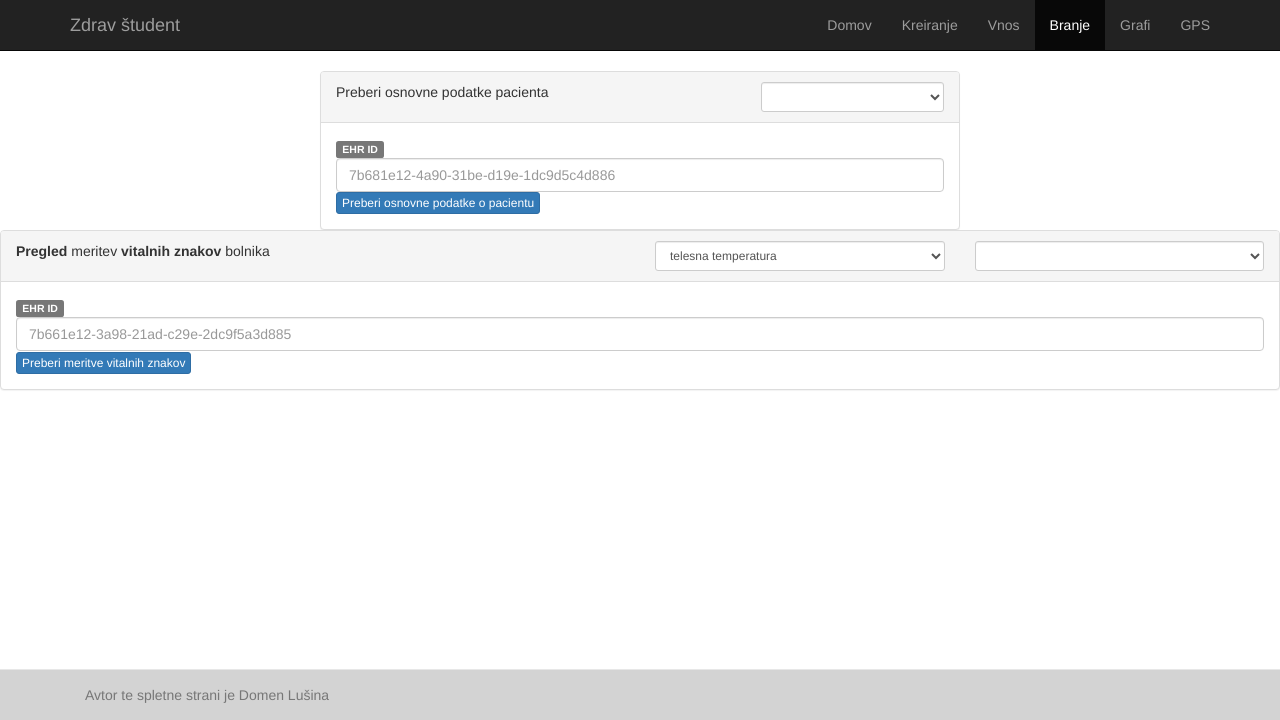
Repository: dl4184/ois-dn4
Page: branje.html
The author's editor kept a record of every edit. The page is drawn from the files as they stood at one moment, then again after the next edit.
The browser window is 1280 px wide. The pictures show the whole page.
Some web libraries are served in a nearby version.

Above is the page before.
Not found: css/styles.css

### branje.html
    <!DOCTYPE html>
    <html>
            <head>
                    <title>WebApp ois</title>
                    <meta charset="utf-8">
                    <meta name="viewport" content="width=device-width, initial-scale=1.0">
                    <script src = "http://ajax.googleapis.com/ajax/libs/jquery/2.1.0/jquery.min.js"></script>
                    <script src = "js/bootstrap.js"></script>
                    <link href = "css/bootstrap.min.css" rel = "stylesheet">
                    <link href = "css/styles.css" rel = "stylesheet">
                    <script src="demo.js"></script>
            </head>
            <body>

                    <div class = "navbar navbar-inverse navbar-static-top">
                            <div class = "container">

                                    <a href = "index.html" class = "navbar-brand">Zdrav študent</a>

                                    <button class = "navbar-toggle" data-toggle = "collapse" data-target = ".navHeaderCollapse">
                                            <span class = "icon-bar"></span>
                                            <span class = "icon-bar"></span>
                                            <span class = "icon-bar"></span>
                                    </button>

                                    <div class = "collapse navbar-collapse navHeaderCollapse">

                                            <ul class = "nav navbar-nav navbar-right">

                                                    <li><a href = "index.html">Domov</a></li>
                                                    <li><a href = "kreiranje.html">Kreiranje</a></li>
                                                    <li><a href = "vnos.html">Vnos</a></li>
                                                    <li class = "active"><a href = "branje.html">Branje</a></li>
													<li><a href = "grafi.html">Grafi</a></li>
													<li><a href = "gps.html">GPS</a></li>

                                            </ul>

                                    </div>

                            </div>
                    </div>

                    	<div class="panel panel-default" style="width: 50%;margin: 0 auto">
                            <div class="panel-heading">
                                <div class="row">
                                    <div class="col-lg-8 col-md-8 col-sm-8">Preberi osnovne podatke pacienta</div>
                                    <div class="col-lg-4 col-md-4 col-sm-4"><select class="form-control input-sm" id="preberiObstojeciEHR"><option value=""></select></div>
                                </div>
                            </div>
                            <div class="panel-body">
                            <span class="label label-default">EHR ID</span><input id="preberiEHRid" type="text" class="form-control input-mini" placeholder="7b681e12-4a90-31be-d19e-1dc9d5c4d886">
                            <button type="button" class="btn btn-primary btn-xs" onclick="preberiEHRBolnika()">Preberi osnovne podatke o pacientu</button><span id="preberiSporocilo"></span>
                            </div>
                        </div>

                        <div class="panel panel-default">
					        <div class="panel-heading">
						        <div class="row">
							        <div class="col-lg-6 col-md-6 col-sm-6"><b>Pregled</b> meritev <b>vitalnih znakov</b> bolnika</div>
							        <div class="col-lg-3 col-md-3 col-sm-3"><select class="form-control input-sm" id="preberiTipZaVitalneZnake"><option value="telesna temperatura">telesna temperatura</option><option value="telesna temperatura AQL">telesna temperatura (filter na podhladitev)</option><option value="telesna teža">telesna teža</option></select></div>
							        <div class="col-lg-3 col-md-3 col-sm-3"><select class="form-control input-sm" id="preberiEhrIdZaVitalneZnake"><option value=""></option><option value="b931580f-2b05-488b-985b-8d9ffb08ad02">Ata Smrk</option></select></div>
						        </div>
					        </div>
    					    <div class="panel-body">
    						    <span class="label label-default">EHR ID</span><input id="meritveVitalnihZnakovEHRid" type="text" class="form-control input-mini" placeholder="7b661e12-3a98-21ad-c29e-2dc9f5a3d885">
    						    <button type="button" class="btn btn-primary btn-xs" onclick="preberiMeritveVitalnihZnakov('telesna temperatura')">Preberi meritve vitalnih znakov</button><span id="preberiMeritveVitalnihZnakovSporocilo"></span>
    						    <div id="rezultatMeritveVitalnihZnakov"></div>
    				  	    </div>
				        </div>


					 <div class = "navbar navbar-default navbar-fixed-bottom" style="background-color:lightgray">

                        <div class = "container">
                                <p class = "navbar-text pull-left">Avtor te spletne strani je Domen Lušina</p>
                        </div>

					</div>



            </body>
    </html>

### demo.js

var baseUrl = 'https://rest.ehrscape.com/rest/v1';
var queryUrl = baseUrl + '/query';

var username = "ois.seminar";
var password = "ois4fri";

function getSessionId() {
    var response = $.ajax({
        type: "POST",
        url: baseUrl + "/session?username=" + encodeURIComponent(username) +
                "&password=" + encodeURIComponent(password),
        async: false
    });
    return response.responseJSON.sessionId;
}


function kreirajEHRzaBolnika() {
	sessionId = getSessionId();

	var ime = $("#kreirajIme").val();
	var priimek = $("#kreirajPriimek").val();
	var datumRojstva = $("#kreirajDatumRojstva").val();

	if (!ime || !priimek || !datumRojstva || ime.trim().length == 0 || priimek.trim().length == 0 || datumRojstva.trim().length == 0) {
		$("#kreirajSporocilo").html("<span class='obvestilo label label-warning fade-in'>Prosim vnesite zahtevane podatke!</span>");
	} else {
		$.ajaxSetup({
		    headers: {"Ehr-Session": sessionId}
		});
		$.ajax({
		    url: baseUrl + "/ehr",
		    type: 'POST',
		    success: function (data) {
		        var ehrId = data.ehrId;
		        var partyData = {
		            firstNames: ime,
		            lastNames: priimek,
		            dateOfBirth: datumRojstva,
		            partyAdditionalInfo: [{key: "ehrId", value: ehrId}]
		        };
		        $.ajax({
		            url: baseUrl + "/demographics/party",
		            type: 'POST',
		            contentType: 'application/json',
		            data: JSON.stringify(partyData),
		            success: function (party) {
		                if (party.action == 'CREATE') {
		                    $("#kreirajSporocilo").html("<span class='obvestilo label label-success fade-in'>Uspešno kreiran EHR '" + ehrId + "'.</span>");
		                    console.log("Uspešno kreiran EHR '" + ehrId + "'.");
		                    $("#preberiEHRid").val(ehrId);
		                }
		            },
		            error: function(err) {
		            	$("#kreirajSporocilo").html("<span class='obvestilo label label-danger fade-in'>Napaka '" + JSON.parse(err.responseText).userMessage + "'!");
		            	console.log(JSON.parse(err.responseText).userMessage);
		            }
		        });
		    }
		});
	}
}


function preberiEHRBolnika() {
	sessionId = getSessionId();

	var ehrId = $("#preberiEHRid").val();

	if (!ehrId || ehrId.trim().length == 0) {
		$("#preberiSporocilo").html("<span class='obvestilo label label-warning fade-in'>Prosim vnesite zahtevan podatek!");
	} else {
		$.ajax({
			url: baseUrl + "/demographics/ehr/" + ehrId + "/party",
			type: 'GET',
			headers: {"Ehr-Session": sessionId},
	    	success: function (data) {
				var party = data.party;
				$("#preberiSporocilo").html("<span class='obvestilo label label-success fade-in'>Bolnik '" + party.firstNames + " " + party.lastNames + "', ki se je rodil '" + party.dateOfBirth + "'.</span>");
				console.log("Bolnik '" + party.firstNames + " " + party.lastNames + "', ki se je rodil '" + party.dateOfBirth + "'.");
			},
			error: function(err) {
				$("#preberiSporocilo").html("<span class='obvestilo label label-danger fade-in'>Napaka '" + JSON.parse(err.responseText).userMessage + "'!");
				console.log(JSON.parse(err.responseText).userMessage);
			}
		});
	}
}


function dodajMeritveVitalnihZnakov() {
	sessionId = getSessionId();

	var ehrId = $("#dodajVitalnoEHR").val();
	var datumInUra = $("#dodajVitalnoDatumInUra").val();
	var telesnaVisina = $("#dodajVitalnoTelesnaVisina").val();
	var telesnaTeza = $("#dodajVitalnoTelesnaTeza").val();
	var telesnaTemperatura = $("#dodajVitalnoTelesnaTemperatura").val();
	var sistolicniKrvniTlak = $("#dodajVitalnoKrvniTlakSistolicni").val();
	var diastolicniKrvniTlak = $("#dodajVitalnoKrvniTlakDiastolicni").val();
	var nasicenostKrviSKisikom = $("#dodajVitalnoNasicenostKrviSKisikom").val();
	var merilec = $("#dodajVitalnoMerilec").val();

	if (!ehrId || ehrId.trim().length == 0) {
		$("#dodajMeritveVitalnihZnakovSporocilo").html("<span class='obvestilo label label-warning fade-in'>Prosim vnesite zahtevane podatke!</span>");
	} else {
		$.ajaxSetup({
		    headers: {"Ehr-Session": sessionId}
		});
		var podatki = {
			// Preview Structure: https://rest.ehrscape.com/rest/v1/template/Vital%20Signs/example
		    "ctx/language": "en",
		    "ctx/territory": "SI",
		    "ctx/time": datumInUra,
		    "vital_signs/height_length/any_event/body_height_length": telesnaVisina,
		    "vital_signs/body_weight/any_event/body_weight": telesnaTeza,
		   	"vital_signs/body_temperature/any_event/temperature|magnitude": telesnaTemperatura,
		    "vital_signs/body_temperature/any_event/temperature|unit": "°C",
		    "vital_signs/blood_pressure/any_event/systolic": sistolicniKrvniTlak,
		    "vital_signs/blood_pressure/any_event/diastolic": diastolicniKrvniTlak,
		    "vital_signs/indirect_oximetry:0/spo2|numerator": nasicenostKrviSKisikom
		};
		var parametriZahteve = {
		    "ehrId": ehrId,
		    templateId: 'Vital Signs',
		    format: 'FLAT',
		    committer: merilec
		};
		$.ajax({
		    url: baseUrl + "/composition?" + $.param(parametriZahteve),
		    type: 'POST',
		    contentType: 'application/json',
		    data: JSON.stringify(podatki),
		    success: function (res) {
		    	console.log(res.meta.href);
		        $("#dodajMeritveVitalnihZnakovSporocilo").html("<span class='obvestilo label label-success fade-in'>" + res.meta.href + ".</span>");
		    },
		    error: function(err) {
		    	$("#dodajMeritveVitalnihZnakovSporocilo").html("<span class='obvestilo label label-danger fade-in'>Napaka '" + JSON.parse(err.responseText).userMessage + "'!");
				console.log(JSON.parse(err.responseText).userMessage);
		    }
		});
	}
}


function preberiMeritveVitalnihZnakov() {
	sessionId = getSessionId();

	var ehrId = $("#meritveVitalnihZnakovEHRid").val();
	var tip = $("#preberiTipZaVitalneZnake").val();

	if (!ehrId || ehrId.trim().length == 0 || !tip || tip.trim().length == 0) {
		$("#preberiMeritveVitalnihZnakovSporocilo").html("<span class='obvestilo label label-warning fade-in'>Prosim vnesite zahtevan podatek!");
	} else {
		$.ajax({
			url: baseUrl + "/demographics/ehr/" + ehrId + "/party",
	    	type: 'GET',
	    	headers: {"Ehr-Session": sessionId},
	    	success: function (data) {
				var party = data.party;
				$("#rezultatMeritveVitalnihZnakov").html("<br/><span>Pridobivanje podatkov za <b>'" + tip + "'</b> bolnika <b>'" + party.firstNames + " " + party.lastNames + "'</b>.</span><br/><br/>");
				if (tip == "telesna temperatura") {
					$.ajax({
					    url: baseUrl + "/view/" + ehrId + "/" + "body_temperature",
					    type: 'GET',
					    headers: {"Ehr-Session": sessionId},
					    success: function (res) {
					    	if (res.length > 0) {
						    	var results = "<table class='table table-striped table-hover'><tr><th>Datum in ura</th><th class='text-right'>Telesna temperatura</th></tr>";
						        for (var i in res) {
						            results += "<tr><td>" + res[i].time + "</td><td class='text-right'>" + res[i].temperature + " " 	+ res[i].unit + "</td>";
						        }
						        results += "</table>";
						        $("#rezultatMeritveVitalnihZnakov").append(results);
					    	} else {
					    		$("#preberiMeritveVitalnihZnakovSporocilo").html("<span class='obvestilo label label-warning fade-in'>Ni podatkov!</span>");
					    	}
					    },
					    error: function() {
					    	$("#preberiMeritveVitalnihZnakovSporocilo").html("<span class='obvestilo label label-danger fade-in'>Napaka '" + JSON.parse(err.responseText).userMessage + "'!");
							console.log(JSON.parse(err.responseText).userMessage);
					    }
					});
				} else if (tip == "telesna teža") {
					$.ajax({
					    url: baseUrl + "/view/" + ehrId + "/" + "weight",
					    type: 'GET',
					    headers: {"Ehr-Session": sessionId},
					    success: function (res) {
					    	if (res.length > 0) {
						    	var results = "<table class='table table-striped table-hover'><tr><th>Datum in ura</th><th class='text-right'>Telesna teža</th></tr>";
						        for (var i in res) {
						            results += "<tr><td>" + res[i].time + "</td><td class='text-right'>" + res[i].weight + " " 	+ res[i].unit + "</td>";
						        }
						        results += "</table>";
						        $("#rezultatMeritveVitalnihZnakov").append(results);
					    	} else {
					    		$("#preberiMeritveVitalnihZnakovSporocilo").html("<span class='obvestilo label label-warning fade-in'>Ni podatkov!</span>");
					    	}
					    },
					    error: function() {
					    	$("#preberiMeritveVitalnihZnakovSporocilo").html("<span class='obvestilo label label-danger fade-in'>Napaka '" + JSON.parse(err.responseText).userMessage + "'!");
							console.log(JSON.parse(err.responseText).userMessage);
					    }
					});
				} else if (tip == "telesna temperatura AQL") {
					var AQL =
						"select " +
    						"t/data[at0002]/events[at0003]/time/value as cas, " +
    						"t/data[at0002]/events[at0003]/data[at0001]/items[at0004]/value/magnitude as temperatura_vrednost, " +
    						"t/data[at0002]/events[at0003]/data[at0001]/items[at0004]/value/units as temperatura_enota " +
						"from EHR e[e/ehr_id/value='" + ehrId + "'] " +
						"contains OBSERVATION t[openEHR-EHR-OBSERVATION.body_temperature.v1] " +
						"where t/data[at0002]/events[at0003]/data[at0001]/items[at0004]/value/magnitude<35 " +
						"order by t/data[at0002]/events[at0003]/time/value desc " +
						"limit 10";
					$.ajax({
					    url: baseUrl + "/query?" + $.param({"aql": AQL}),
					    type: 'GET',
					    headers: {"Ehr-Session": sessionId},
					    success: function (res) {
					    	var results = "<table class='table table-striped table-hover'><tr><th>Datum in ura</th><th class='text-right'>Telesna temperatura</th></tr>";
					    	if (res) {
					    		var rows = res.resultSet;
						        for (var i in rows) {
						            results += "<tr><td>" + rows[i].cas + "</td><td class='text-right'>" + rows[i].temperatura_vrednost + " " 	+ rows[i].temperatura_enota + "</td>";
						        }
						        results += "</table>";
						        $("#rezultatMeritveVitalnihZnakov").append(results);
					    	} else {
					    		$("#preberiMeritveVitalnihZnakovSporocilo").html("<span class='obvestilo label label-warning fade-in'>Ni podatkov!</span>");
					    	}

					    },
					    error: function() {
					    	$("#preberiMeritveVitalnihZnakovSporocilo").html("<span class='obvestilo label label-danger fade-in'>Napaka '" + JSON.parse(err.responseText).userMessage + "'!");
							console.log(JSON.parse(err.responseText).userMessage);
					    }
					});
				}
	    	},
	    	error: function(err) {
	    		$("#preberiMeritveVitalnihZnakovSporocilo").html("<span class='obvestilo label label-danger fade-in'>Napaka '" + JSON.parse(err.responseText).userMessage + "'!");
				console.log(JSON.parse(err.responseText).userMessage);
	    	}
		});
	}
}


$(document).ready(function() {
    $.ajax({
            url : "clanek.txt",
            dataType: "text",
            success : function (data) {
                $(".text").html(data);
            }
        });
	$('#preberiObstojeciEHR').change(function() {
		$("#preberiSporocilo").html("");
		$("#preberiEHRid").val($(this).val());
	});
	$('#preberiPredlogoBolnika').change(function() {
		$("#kreirajSporocilo").html("");
		var podatki = $(this).val().split(",");
		$("#kreirajIme").val(podatki[0]);
		$("#kreirajPriimek").val(podatki[1]);
		$("#kreirajDatumRojstva").val(podatki[2]);
	});
	$('#preberiObstojeciVitalniZnak').change(function() {
		$("#dodajMeritveVitalnihZnakovSporocilo").html("");
		var podatki = $(this).val().split("|");
		$("#dodajVitalnoEHR").val(podatki[0]);
		$("#dodajVitalnoDatumInUra").val(podatki[1]);
		$("#dodajVitalnoTelesnaVisina").val(podatki[2]);
		$("#dodajVitalnoTelesnaTeza").val(podatki[3]);
		$("#dodajVitalnoTelesnaTemperatura").val(podatki[4]);
		$("#dodajVitalnoKrvniTlakSistolicni").val(podatki[5]);
		$("#dodajVitalnoKrvniTlakDiastolicni").val(podatki[6]);
		$("#dodajVitalnoNasicenostKrviSKisikom").val(podatki[7]);
		$("#dodajVitalnoMerilec").val(podatki[8]);
	});
	$('#preberiEhrIdZaVitalneZnake').change(function() {
		$("#preberiMeritveVitalnihZnakovSporocilo").html("");
		$("#rezultatMeritveVitalnihZnakov").html("");
		$("#meritveVitalnihZnakovEHRid").val($(this).val());
	});
});

Loaded but not shown: js/bootstrap.js (library); css/bootstrap.min.css (library)

After the next edit:
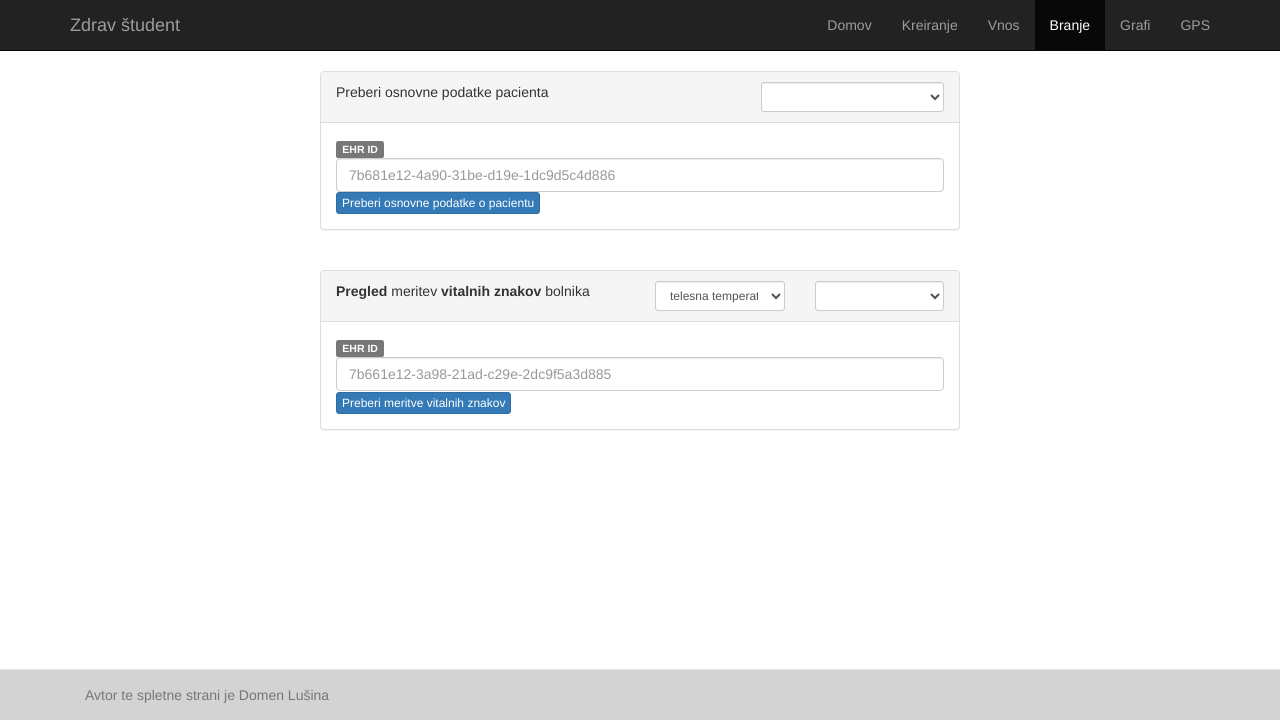
The edit:
--- a/branje.html
+++ b/branje.html
@@ -53,8 +53,8 @@
                             <button type="button" class="btn btn-primary btn-xs" onclick="preberiEHRBolnika()">Preberi osnovne podatke o pacientu</button><span id="preberiSporocilo"></span>
                             </div>
                         </div>
-
-                        <div class="panel panel-default">
+                        <br></br>
+                        <div class="panel panel-default" style="width: 50%;margin: 0 auto">
 					        <div class="panel-heading">
 						        <div class="row">
 							        <div class="col-lg-6 col-md-6 col-sm-6"><b>Pregled</b> meritev <b>vitalnih znakov</b> bolnika</div>
